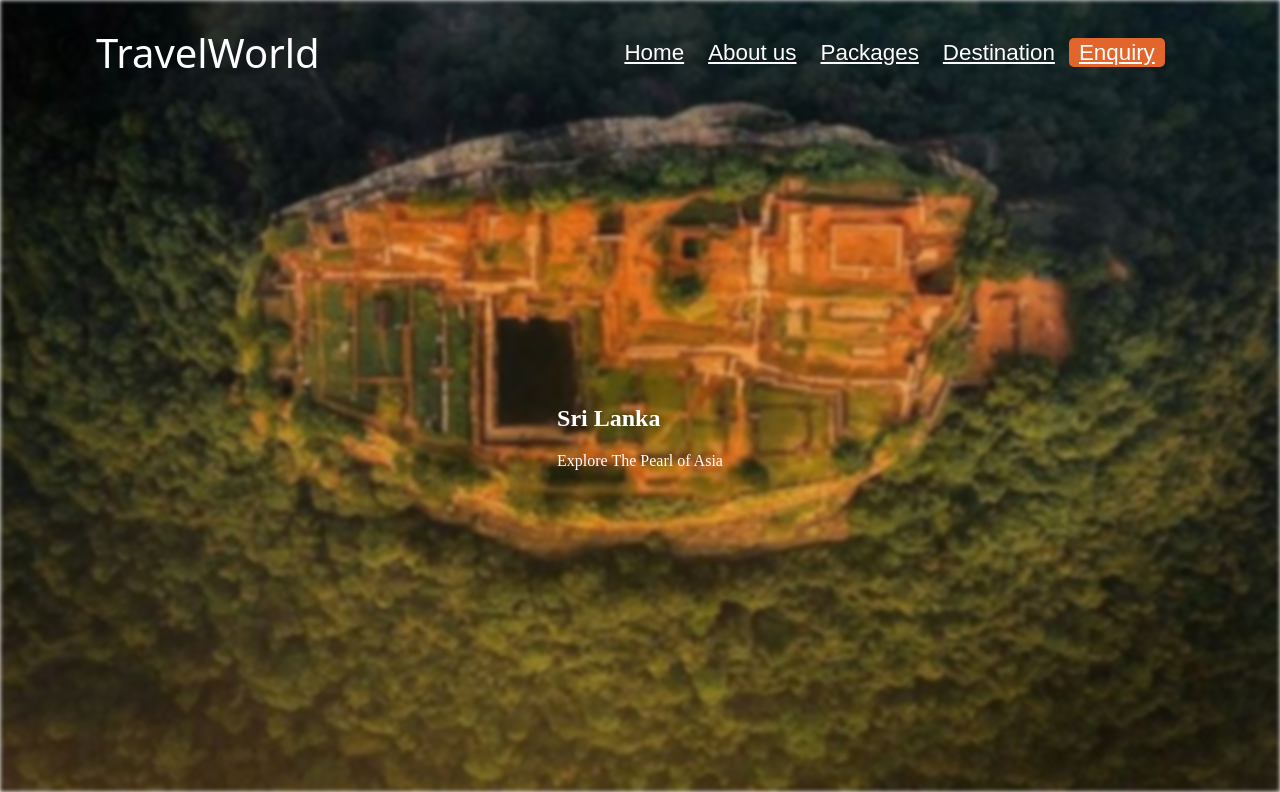
Repository: Haakim19/TavelWorld
Page: HTML/Home.html
The author's editor kept a copy of each file at every save. The page is drawn from the files as they stood at one save, then again after the next save.
The browser window is 1280 px wide. The pictures show the whole page.
Some web fonts or font styles are not loaded; a fallback is used.

Above is the page before, as saved 2024-11-02 10:40:09.

### HTML/Home.html
<!DOCTYPE html>
<html lang="en">
    <head>
        <meta charset="UTF-8" />
		<meta name="viewport" content="width=device-width, initial-scale=1.0" />
		<title>Travel World</title>
		<link rel="stylesheet" href="../CSS/Navbar.css" />
        <link rel="preconnect" href="https://fonts.googleapis.com">
        <link rel="preconnect" href="https://fonts.gstatic.com" crossorigin>
        <link href="https://fonts.googleapis.com/css2?family=Irish+Grover&family=Jaldi:wght@400;700&family=Playwrite+GB+S:ital,wght@0,100..400;1,100..400&display=swap" rel="stylesheet">
	</head>
	<body>
        <div class="bg-img">

            <!-- Navigation Bar -->
            <nav class="navbar">
                <div class="logo">
                    <img src="../Assets/icon/location.png" alt="" />
                    Travel <span>World</span>
                </div>
                <div class="page">
                    <a href="Home.html">Home</a>
                    <a href="Aboutus.html">About us</a>
                    <a href="Packages.html">Packages</a>
                    <a href="Destination.html">Destination</a>
                    <a href="Enquiry.html" class="enquiry-btn">Enquiry</a>
                </div>
            </nav>
            <!-- Hero Section -->
            <section class="hero">
                <div class="hero-overlay">
                    <h1>Sri Lanka</h1>
                    <p>Explore The Pearl of Asia</p>
                </div>
            </section>
            <img class="hero-img" src="../Assets/Images/Pic01.jpg" alt="">
        </div>
	</body>
</html>

### CSS/Navbar.css
body{
    margin: 0;
    padding: 0;
    background-color: #ffffff;
}
.bg-img img{
    width: 100%;
    height: 110%;
    object-fit: cover;
    filter: blur(2px);
}

.hero-img {
    position:absolute;
    top: 0;
    z-index: 1;
    background-color:black;
}

nav{
    position: relative;
    display: flex;
    align-items: center;
    justify-content: space-between;
    z-index: 1000;
    padding-top: 20px;
}
.logo{
    margin-left: 5vh;
    font-family: "Irish Grover", system-ui;
    color: #ffffff;
    font-size: 2.5rem;
    display: flex;
    justify-content:center;
    align-items: center;
    padding: 5px 10px 5px 10px;
}
.logo img{
    width: 50px;
    height: 50px;
    color: #ffffff;
}

.page {
    margin-right : 16vh;

}

.page a{
    /* display: flex; */
    font-size: 1.4rem;
    color: #ffffff;
    font-family:"Jaldi", sans-serif;
    justify-content: space-evenly;
    align-items: center;
    padding: 2px 10px 2px 10px;

}
.page .enquiry-btn{
    background-color:#E2652B;
    color: white;
    border-radius: 5px;
}
section {
    position: relative;
    z-index: 1000;
    color: #ffffff;
    display: flex;
    flex-direction: column;
    justify-content: center;
    align-items: center;
    margin-top: 300px;
    margin-bottom: 200px;
}

section h1 .just-another-hand-regular {
    font-family: "Just Another Hand", cursive;
    font-weight: 400;
    font-style:italic;
    font-size: 5rem;
}

After the next save:
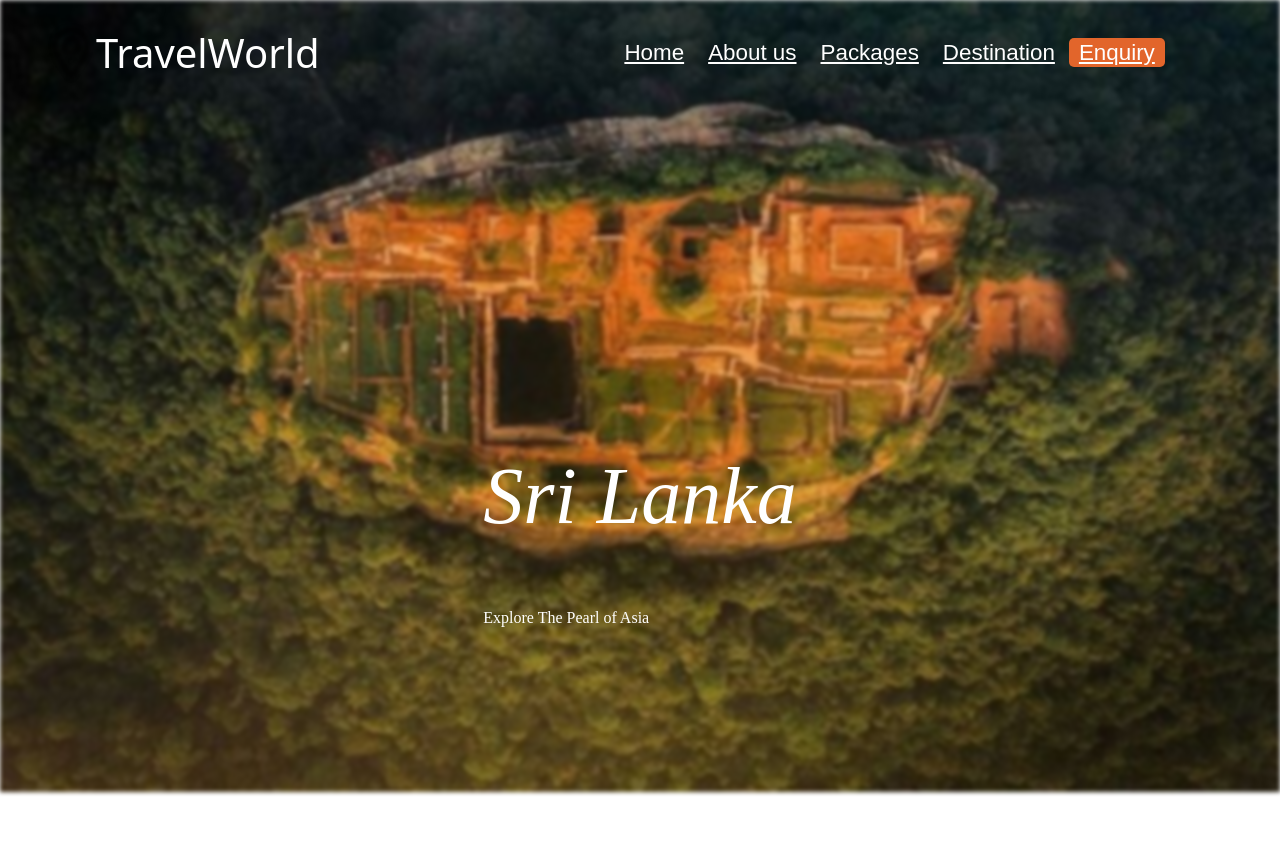
Saved 33 s later.
--- a/CSS/Navbar.css
+++ b/CSS/Navbar.css
@@ -73,7 +73,7 @@ section {
     margin-bottom: 200px;
 }
 
-section h1 .just-another-hand-regular {
+.hero .hero-overlay h1 {
     font-family: "Just Another Hand", cursive;
     font-weight: 400;
     font-style:italic;
